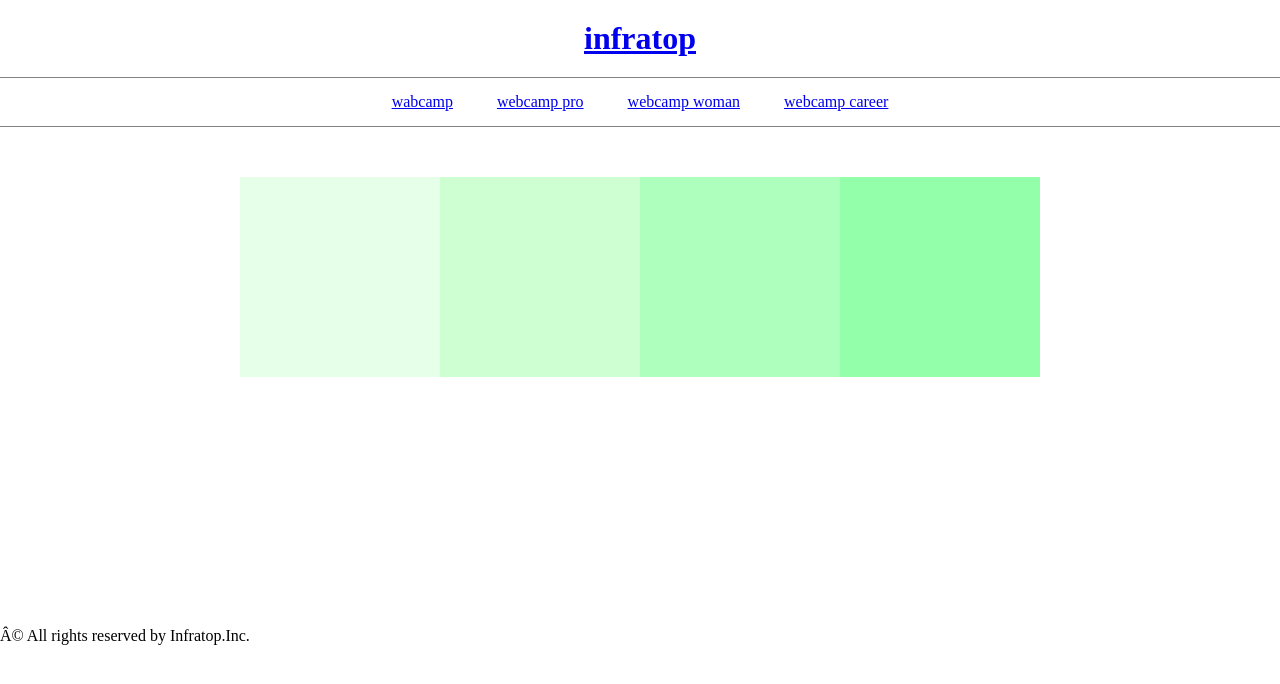
Repository: dsjanainoyo/html
Page: capter5.exercise/capter5.exercise.html
The author's editor kept a record of every edit. The page is drawn from the files as they stood at one moment, then again after the next edit.
The browser window is 1280 px wide. The pictures show the whole page.

Above is the page before.

### capter5.exercise/capter5.exercise.html
<!DOCTYPE html>
<html lang="ja">
  <head>
    <meta charset="UTF=8">
    <link rel="stylesheet" href="capter5.exercise.css">
    <title>CAPTER5</title>
  </head>

  <body>
    <header>
      <h1>
        <a href="capter5.exercise.html">
          infratop
        </a>
      </h1>
      </header>
    <nav>
      <ul class="nav-list">
        <li class="nav-list-item">
          <a href="capter5.exercise.htm">
          wabcamp
          </a>
        </li>
         <li class="nav-list-item">
         <a href="capter5.exercise.htm">
          webcamp pro
          </a>
        </li>
         <li class="nav-list-item">
          <a href="capter5.exercise.htm">
          webcamp woman
          </a>
          </li>
         <li class="nav-list-item">
          <a href="capter5.exercise.htm">
          webcamp career
          </a>
        </li>
     </ul>
    </nav>


    <main>
      <div class="box1"></div>
      <div class="box2"></div>
      <div class="box3"></div>
      <div class="box4"></div>
      <div class="box5"></div>
      <div class="box6"></div>
      <div class="box7"></div>
      <div class="box8"></div>
      <div class="box9"></div>
      <div class="box10"></div>
      <div class="box11"></div>
      <div class="box12"></div>
    </main>

    <footer>
      <div="footer-text">
        © All rights reserved by Infratop.Inc.
      </div>
    </footer>
  </body>

### capter5.exercise/capter5.exercise.css
*{
  margin:0;
  padding:0;
  box-sizing:border-box;
}

header{
  width:100%;
  margin:20px 0;
  text-align:center;
}

.nav-list{
  margin:0 auto;
  padding:15px 0;
  text-align:center;
  border-top:1px solid #848282;
  border-bottom:1px solid #848282;
}

.nav-list-item{
  list-style:none;
  margin:0 20px;
  display:inline-block;

}

main{
  width:800px;
  margin:50px auto;
  display:flex;
  flex-wrap:wrap;
}

.box1{
  width:200px;
  height:200px;
  background-color:#e6ffe9;
}

.box2{
  width:200px;
  height:200px;
  background-color:#cdffd3;
}

.box3{
  width:200px;
  height:200px;
  background-color:#aeffbd;
}

.box4{
  width:200px;
  height:200px;
  background-color:#93ffab;
}

.box5{
  width:200px;
  height:200px;
  background-color:;
}

.box1{
  width:200px;
  height:200px;
  background-color:;
}

.box1{
  width:200px;
  height:200px;
  background-color:;
}

.box1{
  width:200px;
  height:200px;
  background-color:;
}

.box1{
  width:200px;
  height:200px;
  background-color:;
}

.box1{
  width:200px;
  height:200px;
  background-color:;
}

.box1{
  width:200px;
  height:200px;
  background-color:;
}

.box1{
  width:200px;
  height:200px;
  background-color:;
}

After the next edit:
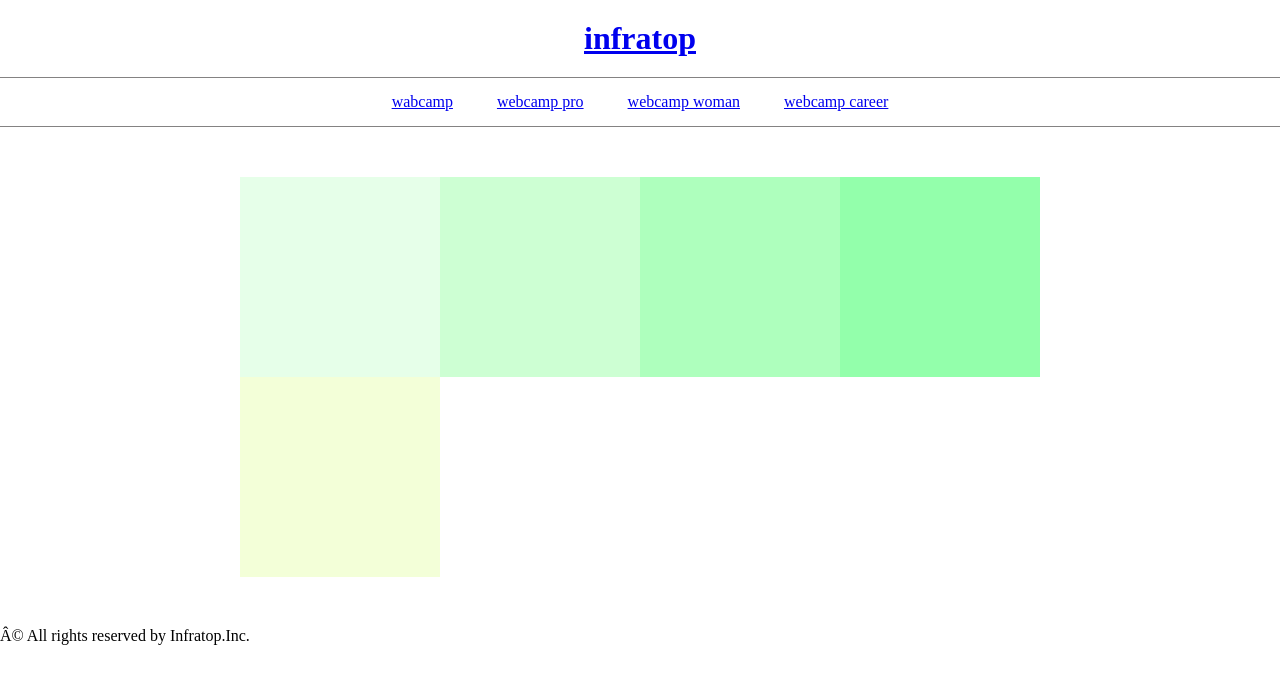
The edit:
--- a/capter5.exercise/capter5.exercise.css
+++ b/capter5.exercise/capter5.exercise.css
@@ -59,7 +59,7 @@
 .box5{
   width:200px;
   height:200px;
-  background-color:;
+  background-color:#f3ffd8;
 }
 
 .box1{
